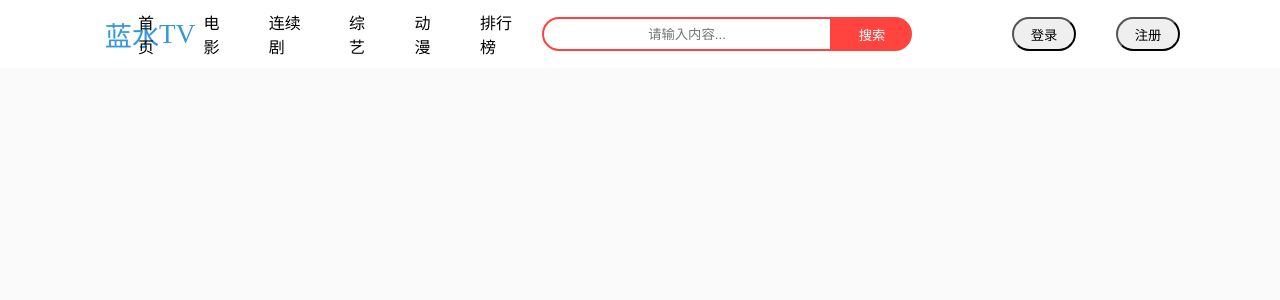
Repository: 842992406/blueWaterTV
Page: index.html
These files come from the project's save history. The page is drawn as it stood at one moment and after the next save; the edit follows.
The browser window is 1280 px wide. The pictures show the whole page.

Above is the page before, as saved 2022-05-05 16:11:00.

After the next save:
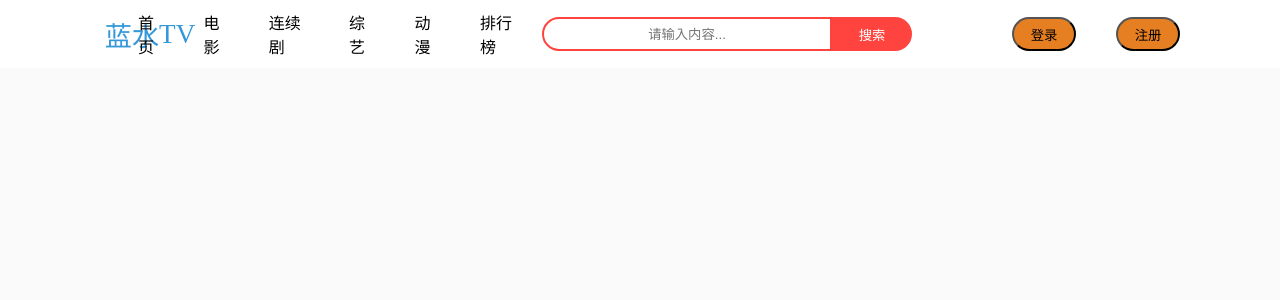
Saved 24 s later.
--- a/css/index.css
+++ b/css/index.css
@@ -125,4 +125,5 @@ header{
   border-radius: 20px;
   /* 去掉点击之后的黑色边框 */
   outline: none;
+  background-color: #e67e22;
 }
